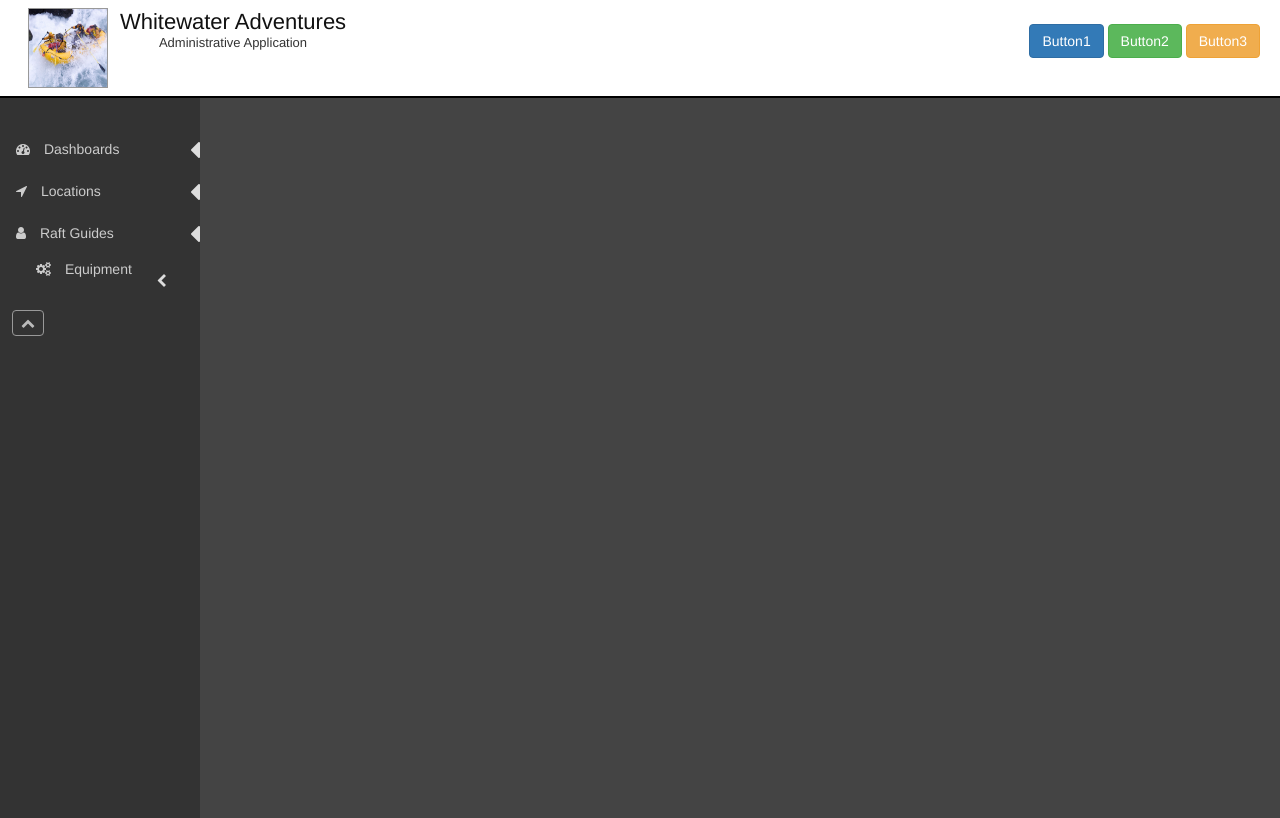
Repository: chetana161992/white
Page: index.html
The author's editor kept a record of every edit. The page is drawn from the files as they stood at one moment, then again after the next edit.
The browser window is 1280 px wide. The pictures show the whole page.
Some web libraries are served in a nearby version.

Above is the page before.

### index.html
<!DOCTYPE html>
<html  ng-app="app">
   <head>
   	<meta name="viewport" content="width=device-width, initial-scale=1, maximum-scale=1, user-scalable=no">
         <title>Whitewater Adventures</title>
            <link href="content/bootstrap.min.css" rel="stylesheet"/>
             <link href="content/font-awesome.min.css" rel="stylesheet"/>
             <link rel="stylesheet" href="//maxcdn.bootstrapcdn.com/font-awesome/4.3.0/css/font-awesome.min.css">
            <link href="app/app.css" rel="stylesheet"/>

            <link href="extModules/psMenu/psMenu.css" rel="stylesheet"/>

            <link href="extModules/psFramework/psFramework.css" rel="stylesheet"/>
            <script src="scripts/angular.min.js"></script>
            <script src="scripts/jquery-2.1.4.min.js"></script>

			<script src="extModules/psDashboard/psDashboardModule.js"></script>
			<script src="extModules/psMenu/psMenuModule.js"></script>
			<script src="extModules/psMenu/psMenuDirective.js"></script>
			<script src="extModules/psMenu/psMenuItemDirective.js"></script>
			<script src="extModules/psMenu/psMenuGroupDirective.js"></script>



			<script src="extModules/psMenu/psMenuController.js"></script>
			<script src="extModules/psFramework/psFrameworkModule.js"></script>
			<script src="extModules/psFramework/psFrameworkDirective.js"></script>
			<script src="extModules/psFramework/psFrameworkController.js"></script>

			<script src="app/appModule.js"></script>
   </head>
   <body class="container-fluid">

   	<ps-framework title="Whitewater Adventures"
   				  subtitle="Administrative Application"
   				  icon-file="images/oars_whitewater.jpg">

   		<ps-menu>
   			<ps-menu-item label="Dashboards" icon="fa-dashboard" route="dashboards"></ps-menu-item>
   			<ps-menu-item label="Locations" icon="fa-location-arrow" route="locations"></ps-menu-item>
   			<ps-menu-item label="Raft Guides" icon="fa-user" route="guides"></ps-menu-item>
   			<ps-menu-group label="Equipment" icon="fa-gears">
   			     <ps-menu-item label="Rafts" icon="fa-unlink" route="rafts"></ps-menu-item>
   			     <ps-menu-item label="Paddles" icon="fa-magic" route="paddles"></ps-menu-item>
   			     <ps-menu-item label="Life vests" icon="fa-life-ring" route="vests"></ps-menu-item>


   			</ps-menu-group>


   		</ps-menu>

   	</ps-framework>



    </body>


</html>

### app/app.css

body{
	background-color: #444;


}

.container-fluid{
	padding: 0;
}

### extModules/psMenu/psMenu.css

.ps-menu-area {
	position: relative;
	background-color: #333;
	color: #ccc;
	padding-left: 0;
}

.ps-menu-area-vertical{
	padding-top: 30px;
	width: 200px;
	min-height: 100vh;
}

.ps-menu-area-horizontal{
	width:100%;
	height:40px;
}
.ps-menu-area .btn:hover {
	color: #ccc;
}

.ps-menu-area ul {
	padding-left: 0;
}

.ps-menu {
	list-style-type: none;
	vertical-align: top;
}

.ps-menu ul {
	list-style-type: none;
	display: inline;
	padding-left: 0;
}

.ps-menu li {
	line-height: 3em;
	cursor: pointer;
}

.ps-menu li div {

	display: inline-block;
	width: 90%;
	padding-left: 16px;

}

.ps-menu-active-indicator {
	float:right;
	color:#ddd;
	margin-right:0;
	margin-top:8px;
}
.ps-selectable-item:hover {
	background-color: #555;
}

.ps-menu-icon {
	margin-right: 10px;
}

.ps-noselect {
	-Webkit-touch-callout: none;
	  user-select: none;
}


.ps-group-indicator-left{
	float:right;
	color:#ddd;
	margin-right:2px;
	margin-top:15px;

}

.ps-subitem-section{
	padding-left:16px;

}

.ps-menu-layout-button{
	margin:12px;
	padding:2px 8px;
	color:#bbb;
	background-color:#333;
	border:1px solid #999;
}

.ps-item-horizontal{
	display:inline-block;
	width:165px !important;
	margin-left:20px;
	margin-top:5px;
	line-height:1.5em !important;
}

### extModules/psFramework/psFramework.css

.ps-title-bar{
	background-color:white;
	padding:0px 20px;
	border-bottom: 2px solid black;


}

.ps-logo-area{
	/*text-align: center;*/
}

.ps-title-area{
	display: inline-block;
	text-align:center;

}




.ps-icon{
	 display: inline-block;
	 width: 80px;
	 height:80px;
	 margin: 8px;
	 vertical-align: top;
	 border:1px solid #999;

}

.ps-title {
	color:#111;
	margin-top:6px;
	font-size: 22px;
}

.ps-subtitle {
	font-size: 13px;
	margin-top: -13px;
}

@media screen and (max-width: 430px){
	.ps-icon >div
	{
		display:none;
	}
	.ps-logo-title{
		font-size:18px;
	}
}

.ps-rightside-controls {
	line-height: 80px;
}

.ps-rightside-controls>div
{
	text-align: center;
}


@media screen and (min-width: 768px){
	.ps-rightside-controls >div
	{
		text-align: right;
	}
	.ps-logo-area{
		text-align: left;
	}
}


.ps-collapsed-menu {
	display:inline-block;
	height:100%;
}


.ps-nav-button {
	width:60px;
	height:40px;
	margin-top:10px;
	border:1px solid #888;
	padding:0;
	font-size:26px;
	color:#777;

}

### extModules/psDashboard/psDashboardModule.js
"use strict";

angular.module("psDashboard",[]);

### extModules/psMenu/psMenuModule.js
"use strict";

angular.module("psMenu",[]);

### extModules/psMenu/psMenuDirective.js
"use strict";

angular.module('psMenu').directive('psMenu',function(){
	return{
		scope:{

		},
		transclude:true,
		controller:'psMenuController',
		templateUrl:'extModules/psMenu/psMenuTemplate.html',
		link:function  (scope,el,attr)
		{
			// body...
		}

	};

});

### extModules/psMenu/psMenuItemDirective.js
"use strict";

angular.module('psMenu').directive('psMenuItem',function(){
	return{
		require: '^psMenu',
		scope:{

				label: '@',
				icon: '@',
				route: '@'

		},
		templateUrl:'extModules/psMenu/psMenuItemTemplate.html',
		link:function  (scope,el,attr,ctrl) {

			scope.isActive=function(el){
				return el === ctrl.getActiveElement();
			};


			scope.isVertical=function(){
			   return ctrl.isVertical();
			};

			el.on('click',function(evt){
				evt.stopPropagation();
				evt.preventDefault();
				scope.$apply(function(){
					ctrl.setActiveElement(el);
					ctrl.setRoute(scope.route);

				});


			});
		}

	};

});

### extModules/psMenu/psMenuGroupDirective.js
"use strict";

angular.module("psMenu").directive("psMenuGroup",function(){
   return{
        require:"^psMenu",
        transclude:true,
        scope:{
            label: '@',
            icon: '@'
        },
        templateUrl:"extModules/psMenu/psMenuGroupTemplate.html",
        link:function(scope,el,attr,ctrl){
            scope.isOpen=false;
            scope.closeMenu=function(){
                scope.isOpen=false;
            };
            scope.clicked=function(){
              scope.isOpen=!scope.isOpen;
            };
        }


   };

});

### extModules/psMenu/psMenuController.js
"use strict";

angular.module('psMenu').controller('psMenuController',
	['$scope','$rootScope',function($scope,$rootScope)
	{

		$scope.showMenu=true;
		$scope.isVertical=true;
		this.getActiveElement=function(){
			return $scope.activeElement;
		};
			this.setActiveElement=function(el){
				$scope.activeElement=el;
			};

			this.isVertical=function(){
				return $scope.isVertical;
			};

			this.setRoute=function(route){
				$rootScope.$broadcast('ps-menu-item-selected-event',
				{
					route:route

				});
			};



			$scope.$on('ps-menu-show',function(evt,data){

			 				$scope.showMenu=data.show;
			});

			$scope.toggleMenuOrientation=function(){
				$scope.isVertical=!$scope.isVertical;

				$rootScope.$broadcast('ps-menu-orientation-changed-event',{
				   isMenuVertical: $scope.isVertical
				});
			};
     }
]);

### extModules/psFramework/psFrameworkModule.js
"use strict";

angular.module("psFramework",["psMenu","psDashboard"]);

### extModules/psFramework/psFrameworkDirective.js
"use strict";

angular.module("psFramework").directive("psFramework",function(){
		return{
			transclude: true,
			scope:{
				title:"@",
				subtitle:"@",
				iconFile:"@"

			},
			controller:"psFrameworkController",
			templateUrl:"extModules/psFramework/psFrameworkTemplate.html"


		};
});

### extModules/psFramework/psFrameworkController.js
"use strict";

angular.module("psFramework").controller("psFrameworkController",
	['$scope','$rootScope','$window','$timeout',function ($scope,$rootScope,$window,$timeout){

            $scope.isMenuVisible=true;
            $scope.isMenuButtonVisible=true;
            $scope.isMenuVertical=true;

            $scope.$on('ps-menu-item-selected-event',function(evt,data){
                $scope.routeString=data.route;



            });

            $scope.$on('ps-menu-oroentation-changed-event',function(evt, data) {

                $scope.isMenuVertical=data.isMenuVertical;
            });

            $($window).on('resize.psFramework',function(){
               $scope.$apply(function(){
                  checkWidth();
                  broadcastMenuState();
               });
            });

            $scope.$on("$destroy",function() {
               $($window).off("resize.psFramework") ;
            });


            var checkWidth =function(){
                var width=Math.max($($window).width(),$window.innerWidth);
                $scope.isMenuVisible=(width>=768);
                $scope.isMenuButtonVisible=!$scope.isMenuVisible;
            };

            $scope.menuButtonClicked=function(){
              $scope.isMenuVisible=!$scope.isMenuVisible;
              broadcastMenuState();
             $scope.$apply();
            };

           var broadcastMenuState=function(){
              $rootScope.$broadcast('ps-menu-show',
              {
                  show: $scope.isMenuVisible

              });
            };

            $timeout(function(){
                checkWidth();
            },0);
      }
    ]);

### app/appModule.js
"use strict";

angular.module("app",["psFramework"]);

### extModules/psMenu/psMenuItemTemplate.html

<li class="ps-selectable-item" ng-class="{'ps-item-horizontal':!isVertical()}">

	<div class="ps-noselect">
	<i class="fa {{icon}} ps-menu-icon"> </i>
			{{label}}
	</div>
	<i class="fa fa-2x fa-caret-left ps-menu-active-indicator" ng-if="isActive()"></i>
</li>

### extModules/psMenu/psMenuGroupTemplate.html
<li class="ps-selectable-item" ng-click="clicked()" ng-class="{'ps-item-horizontal':!isVertical()}">

	<div class="ps-noselect">
	<i class="fa {{icon}} ps-menu-icon"> </i>
			{{label}}

	<i class="fa fa-chevron-left ps-group-indicator-left" ng-class="{'fa-rotate-270':isOpen}"></i>
	</div>


</li>

<div ng-show="isOpen" class="ps-subitem-section">
	<ul ng-transclude>

	</ul>
</div>

### extModules/psMenu/psMenuTemplate.html


<div class="ps-menu-area" ng-class="{'ps-menu-area-vertical':isVertical,'ps-menu-area-horizontal':!isVertical}">

	<ul class="ps-menu" ng-transclude>  </ul>
	<a class="btn ps-menu-layout-button" ng-click="toggleMenuOrientation()">
	    <i class="fa fa-chevron-up">

	    </i>
	</a>

</div>

### extModules/psFramework/psFrameworkTemplate.html

<div class="ps-title-bar">

		       <div class="row">
				<div class="ps-logo-area col-sm-6">
						<img class="ps-icon" ng-src="{{iconFile}}"/>
							<div class="ps-title-area">
									<p class="ps-title">{{title}}</p>
									<p class="ps-subtitle">{{subtitle}}</p>
							</div>


						<div ng-if="isMenuButtonVisible" ng-click="menuButtonClicked()" class="ps-collapsed-menu pull-right">
							<button type="button" class="btn ps-nav-button">
								<i class="fa fa-bars"></i>
							</button>

						</div>

				</div>
				<div class="ps-rightside-controls col-sm-6">
							<div>
										<button class="btn btn-primary"> Button1 </button>
										<button class="btn btn-success"> Button2 </button>
										<button class="btn btn-warning"> Button3 </button>
							</div>
				</div>

		</div>




</div>

<div ng-transclude>

</div>

<div style="position:absolute;color:red;left:220px;top:200px;font-size:44px;">
	{{routeString}}
</div>

Loaded but not shown: content/bootstrap.min.css (library); content/font-awesome.min.css (library); scripts/angular.min.js (library); scripts/jquery-2.1.4.min.js (library)

After the next edit:
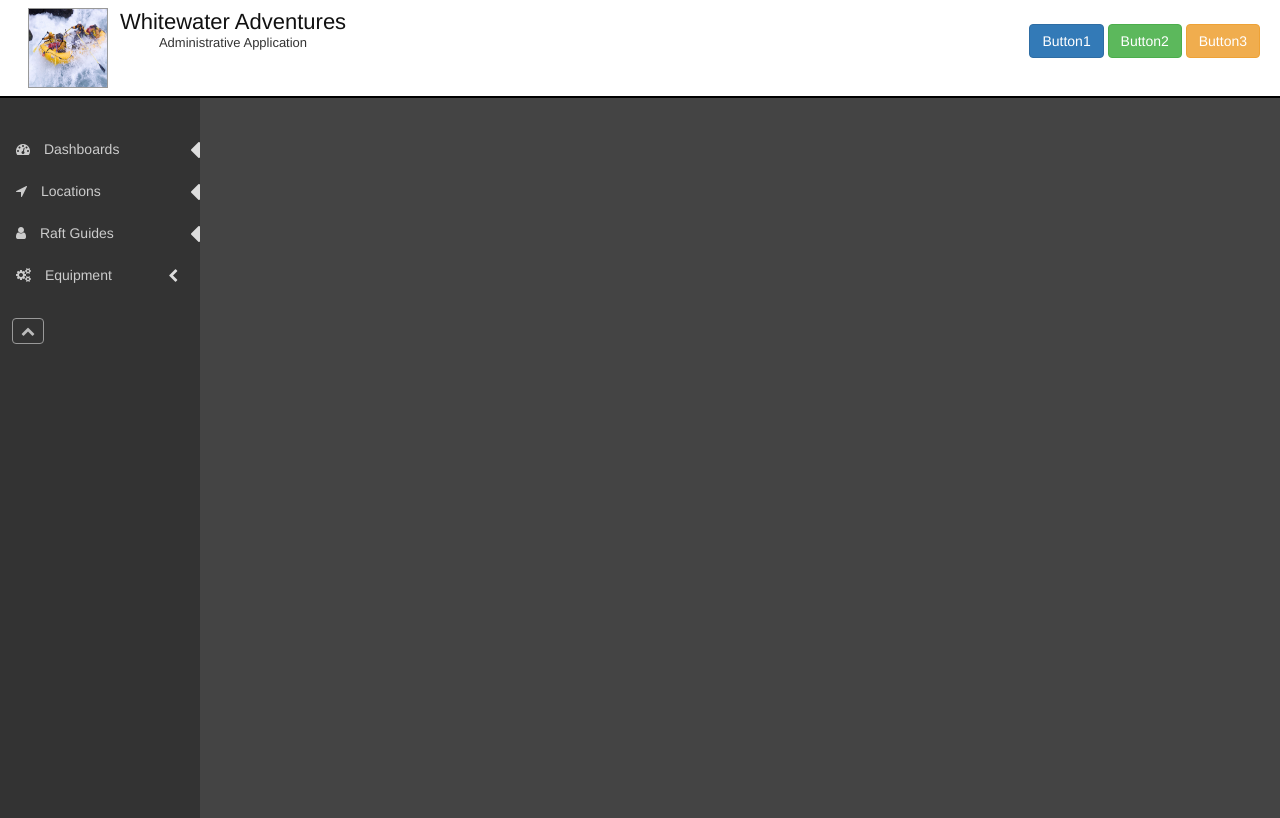
The edit:
--- a/extModules/psMenu/psMenuGroupDirective.js
+++ b/extModules/psMenu/psMenuGroupDirective.js
@@ -14,9 +14,13 @@
             scope.closeMenu=function(){
                 scope.isOpen=false;
             };
+
             scope.clicked=function(){
               scope.isOpen=!scope.isOpen;
             };
+            scope.isVertical=function(){
+			   return ctrl.isVertical();
+			}
         }
 
 
